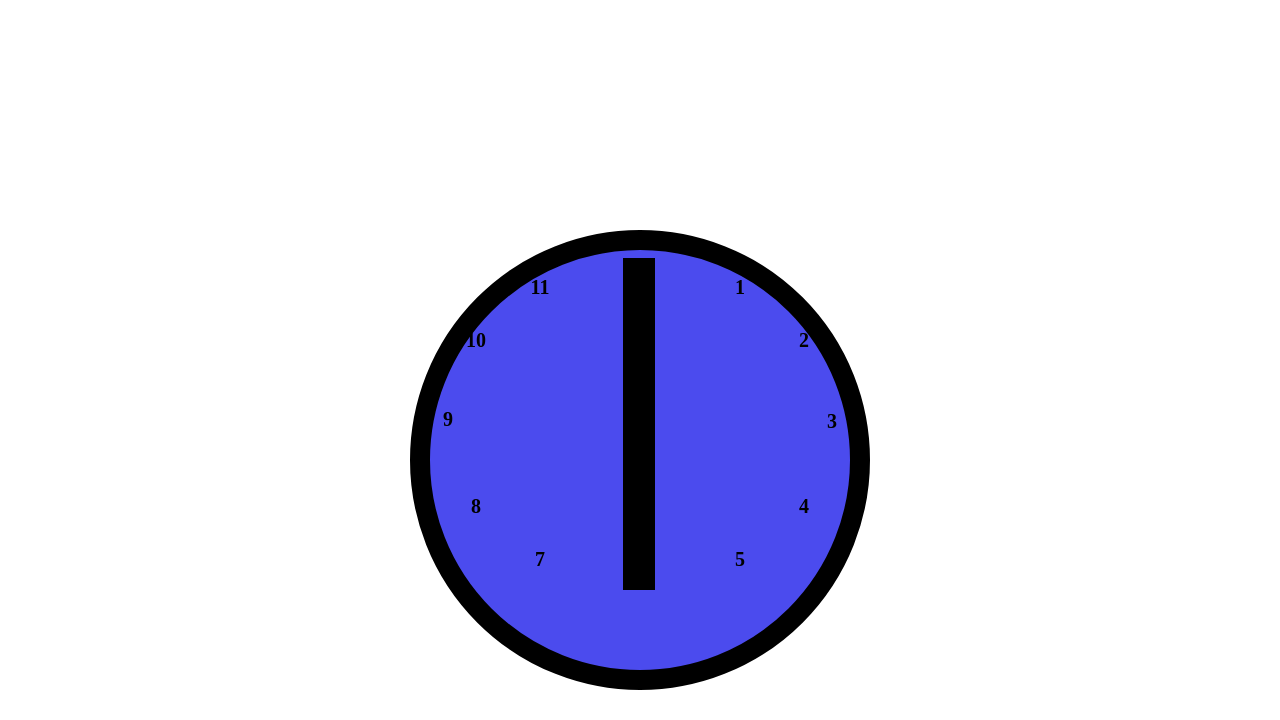
Repository: Eugene44-hub/Analog-clock
Page: index.html
The author's editor kept a copy of each file at every save. The page is drawn from the files as they stood at one save, then again after a run of saves.
The browser window is 1280 px wide. The pictures show the whole page.

Above is the page before, as saved 2021-09-04 15:40:53.

After the next 2 saves:
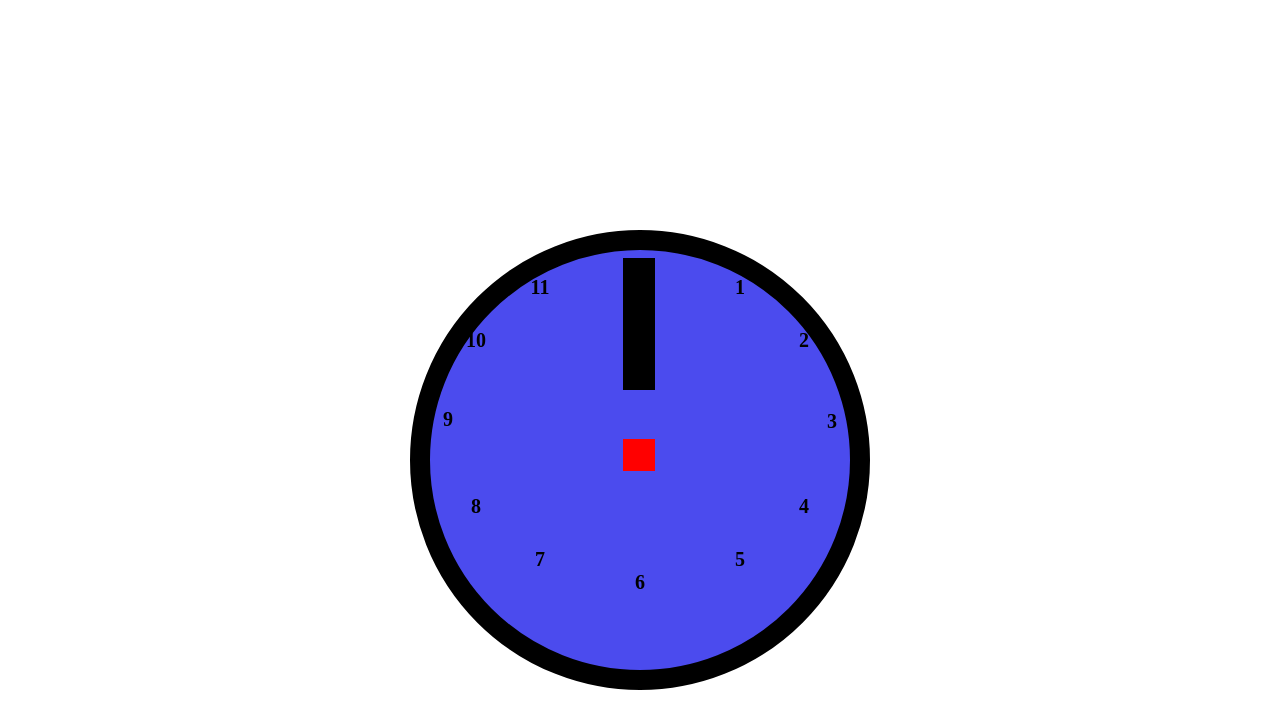
The 2 saves are shown as one change because they came seconds apart.
The last was saved 7 s later.
--- a/style.css
+++ b/style.css
@@ -35,7 +35,7 @@
     top: 2%;
     left: 46%;
     width: 32px;
-    height: 332px;
+    height: 132px;
     border: 50%;
 }
 
